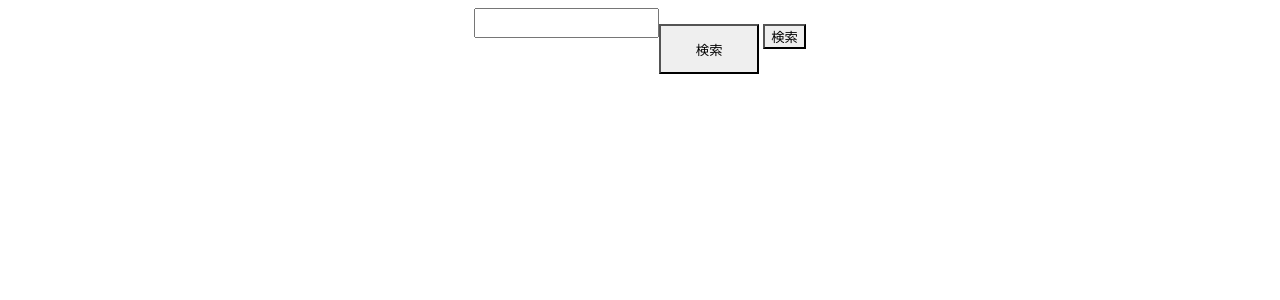
Repository: kanshu-1118/gpt-schoollife
Page: /
The author's editor kept a copy of each file at every save. The page is drawn from the files as they stood at one save, then again after the next save.
The browser window is 1280 px wide. The pictures show the whole page.
The page's requests for data from a server got no answer. The project was rebuilt for these pictures with package versions that can differ from the ones it lists, and the page was loaded fresh each time. The framework's server and built-in components were replaced by stand-ins that run in the browser. No one was signed in, and anything a server would have sent is missing. Also part of the build but not shown: next.config.js.

Above is the page before, as saved 2023-05-22 14:08:34.

After the next save:
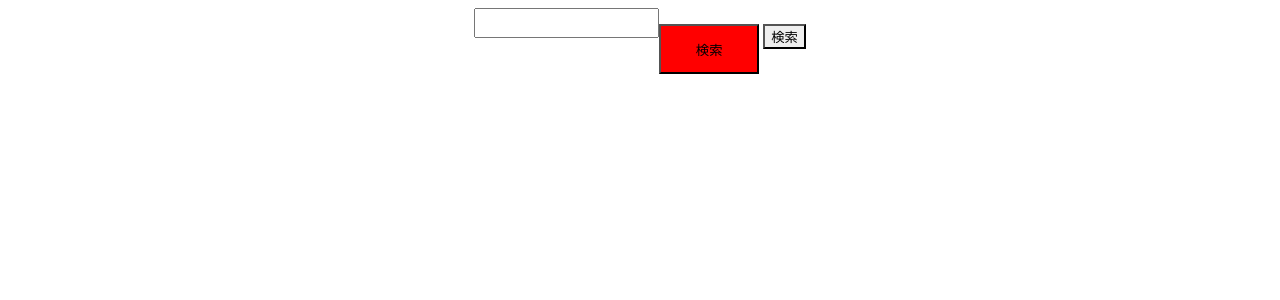
Saved 25 s later.
--- a/src/pages/index.tsx
+++ b/src/pages/index.tsx
@@ -34,7 +34,7 @@
             <Input type="text" variant='filled' onChange={(e)=>{setText(e.target.value)}}/>
             <Wrap spacing={4}>
               <WrapItem>
-                <Button variant='solid' w={"100px"} h="50px" colorScheme='green'>検索</Button>
+                <Button variant='solid' w={"100px"} h="50px" bgColor={"red"} colorScheme='green'>検索</Button>
               </WrapItem>
               <WrapItem>
                 <Button variant='solid' colorScheme='green'>検索</Button>

After the save that followed:
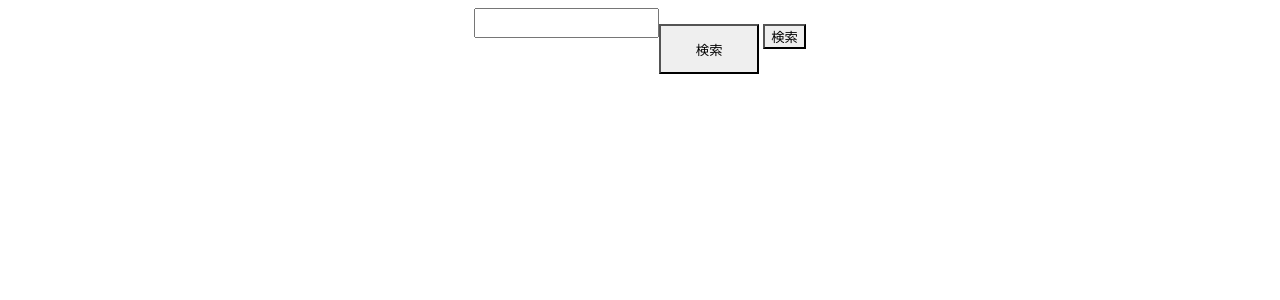
Saved 6 s later.
--- a/src/pages/index.tsx
+++ b/src/pages/index.tsx
@@ -34,7 +34,7 @@
             <Input type="text" variant='filled' onChange={(e)=>{setText(e.target.value)}}/>
             <Wrap spacing={4}>
               <WrapItem>
-                <Button variant='solid' w={"100px"} h="50px" bgColor={"red"} colorScheme='green'>検索</Button>
+                <Button variant='solid' w={"100px"} h="50px"  colorScheme='green'>検索</Button>
               </WrapItem>
               <WrapItem>
                 <Button variant='solid' colorScheme='green'>検索</Button>
